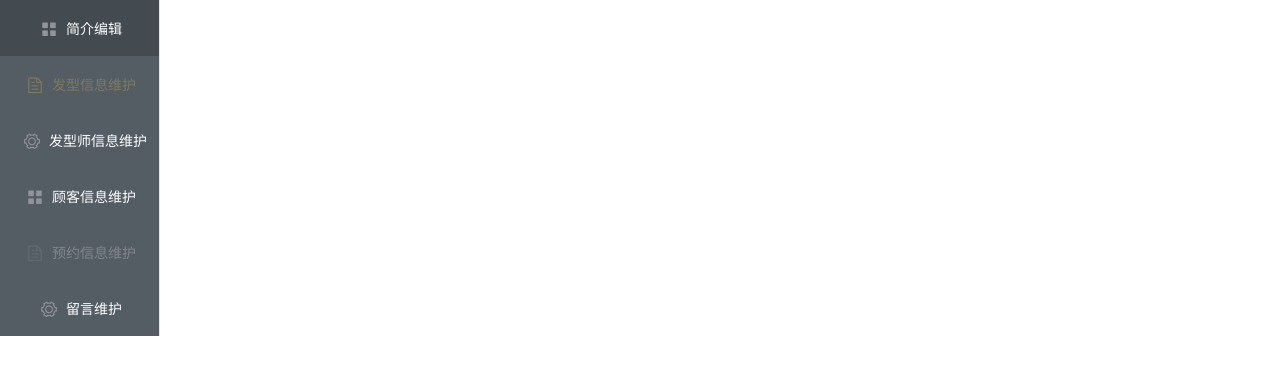
Repository: cjl0805/graduation-design-front
Page: /back/home
The author's editor kept a copy of each file at every save. The page is drawn from the files as they stood at one save, then again after the next save.
The browser window is 1280 px wide. The pictures show the whole page.
The project was rebuilt for these pictures with package versions that can differ from the ones it lists, and the page was loaded fresh each time. Also part of the build but not shown: vue.config.js, src/components/RotationChart.vue, src/components/NavigationBar.vue, src/components/HairStylist.vue, src/components/HairStyle.vue, src/views/font/HairStyleView.vue, src/views/font/HairStylistView.vue, src/views/font/HomeView.vue and 13 more.

Above is the page before, as saved 2023-04-17 16:28:09.

### src/main.js
import Vue from 'vue'
import App from './App.vue'
import router from './router'
import ElementUI from 'element-ui'
import 'element-ui/lib/theme-chalk/index.css'
import axios from 'axios'
import VueAxios from 'vue-axios'
Vue.use(VueAxios, axios);
axios.interceptors.request.use(
  config => {
    if (localStorage.getItem('token')) {
      config.headers.token = localStorage.getItem('token');
    }
    return config;
  },
  error => {
    return Promise.reject(error);
  }
);

axios.interceptors.response.use(
  res => {
    if (res.data.code === 501) {
      console.log(res.data);
      alert("登录已过期，请重新登录！");
      window.localStorage.removeItem('token');
      window.localStorage.removeItem('username');
      location.reload();
    }
    return res;
  }
);

Vue.config.productionTip = false
Vue.use(ElementUI)
new Vue({
  router,
  render: h => h(App)
}).$mount('#app')

### src/router/index.js
import Vue from 'vue'
import VueRouter from 'vue-router'
import HairStyleView from '../views/font/HairStyleView.vue'
import HairStylistView from '../views/font/HairStylistView.vue'
import HomeView from '../views/font/HomeView.vue'
import login from '../views/font/login.vue'
import register from '../views/font/register.vue'
import PersonalInfo from '../views/font/PersonalInfo.vue'
import appointment from '../views/font/AppointmentView.vue'
import pay from '../views/font/PayView.vue'
import MainView from '../views/back/MainView.vue'

Vue.use(VueRouter)

const routes = [{
    path: '/',
    name: 'home',
    component: HomeView
  },
  {
    path: '/hairstyle',
    name: 'hairstyle',
    component: HairStyleView
  },
  {
    path: '/hairstylist',
    name: 'hairstylist',
    component: HairStylistView
  },
  {
    path: '/about',
    name: 'about',
    // route level code-splitting
    // this generates a separate chunk (about.[hash].js) for this route
    // which is lazy-loaded when the route is visited.
    component: () => import( /* webpackChunkName: "about" */ '../views/AboutView.vue')
  },
  {
    path: '/login',
    name: 'login',
    component: login
  },
  {
    path: '/register',
    name: 'register',
    component: register
  },
  {
    path: '/PersonalInfo',
    name: 'PersonalInfo',
    component: PersonalInfo,
  },
  {
    path: '/appointment',
    name: 'appointment',
    component: appointment
  },
  {
    path: '/pay',
    name: 'pay',
    component: pay
  },
  {
    path: '/back/home',
    name: 'MainView',
    component: MainView
  },
]

const router = new VueRouter({
  mode: 'history',
  base: process.env.BASE_URL,
  routes
})

// 导航守卫
// 使用 router.beforeEach 注册一个全局前置守卫，判断用户是否登陆
router.beforeEach((to, from, next) => {
  if (to.path === '/PersonalInfo' || to.path === '/appointment' || to.path === '/MessageCenter' || to.path === '/pay') {
    let token = localStorage.getItem('token');
    if (token === null || token === '') {
      next('/login');
    } else {
      next();
    }
  } else {
    next();
  }
});

export default router

### src/views/back/MainView.vue
<template>
  <el-col :span="3">
    <el-menu
      default-active="2"
      class="el-menu-vertical-demo"
      @open="handleOpen"
      @close="handleClose"
      background-color="#545c64"
      text-color="#fff"
      active-text-color="#ffd04b"
    >
      <el-menu-item index="1">
        <i class="el-icon-menu"></i>
        <span slot="title">简介编辑</span>
      </el-menu-item>
      <el-menu-item index="2" disabled>
        <i class="el-icon-document"></i>
        <span slot="title">发型信息维护</span>
      </el-menu-item>
      <el-menu-item index="3">
        <i class="el-icon-setting"></i>
        <span slot="title">发型师信息维护</span>
      </el-menu-item>
      <el-menu-item index="4">
        <i class="el-icon-menu"></i>
        <span slot="title">顾客信息维护</span>
      </el-menu-item>
      <el-menu-item index="5" disabled>
        <i class="el-icon-document"></i>
        <span slot="title">预约信息维护</span>
      </el-menu-item>
      <el-menu-item index="6">
        <i class="el-icon-setting"></i>
        <span slot="title">留言维护</span>
      </el-menu-item>
    </el-menu>
  </el-col>
</template>

<script>
export default {
  methods: {
    handleOpen(key, keyPath) {
      console.log(key, keyPath);
    },
    handleClose(key, keyPath) {
      console.log(key, keyPath);
    },
  },
};
</script>

<style></style>

Loaded but not shown: public/index.html (common file); src/App.vue (common file)

After the next save:
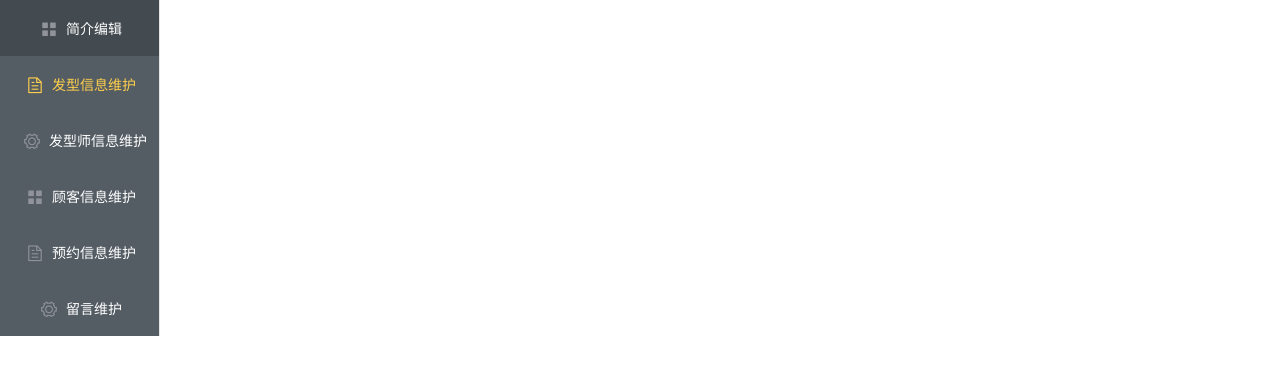
Saved 18 s later.
--- a/src/views/back/MainView.vue
+++ b/src/views/back/MainView.vue
@@ -13,7 +13,7 @@
         <i class="el-icon-menu"></i>
         <span slot="title">简介编辑</span>
       </el-menu-item>
-      <el-menu-item index="2" disabled>
+      <el-menu-item index="2">
         <i class="el-icon-document"></i>
         <span slot="title">发型信息维护</span>
       </el-menu-item>
@@ -25,7 +25,7 @@
         <i class="el-icon-menu"></i>
         <span slot="title">顾客信息维护</span>
       </el-menu-item>
-      <el-menu-item index="5" disabled>
+      <el-menu-item index="5">
         <i class="el-icon-document"></i>
         <span slot="title">预约信息维护</span>
       </el-menu-item>
